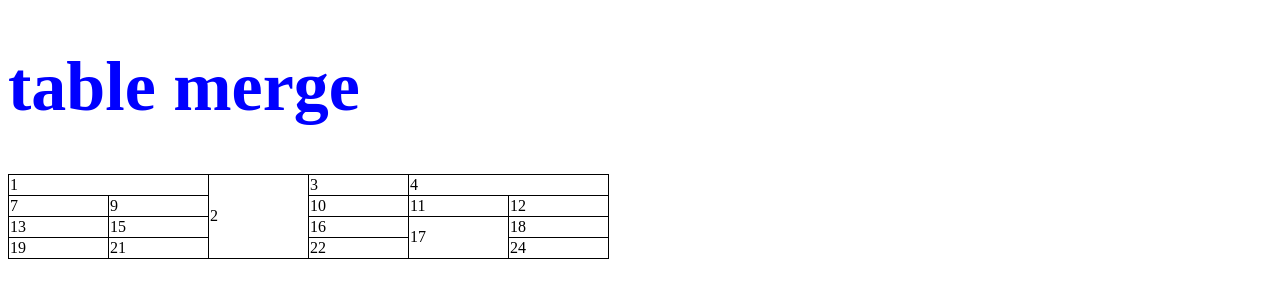
Repository: keeka2/webPractice
Page: MyStudy/HTML_Study/work/0821/WebContent/ex6.html
These files come from the project's save history. The page is drawn as it stood at one moment and after the next save; the edit follows.
The browser window is 1280 px wide. The pictures show the whole page.

Above is the page before, as saved 2020-08-21 07:10:27.

After the next save:
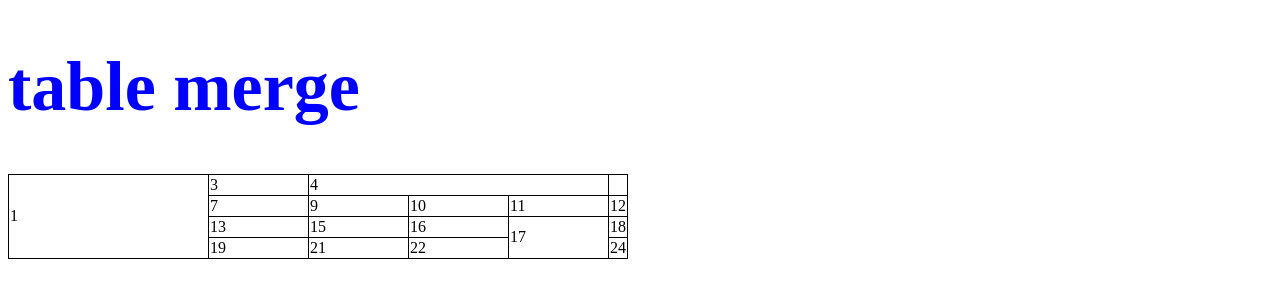
Saved 16 s later.
--- a/MyStudy/HTML_Study/work/0821/WebContent/ex6.html
+++ b/MyStudy/HTML_Study/work/0821/WebContent/ex6.html
@@ -36,8 +36,8 @@
 		</colgroup>
 		<tbody>
 			<tr>
-				<td colspan=2>1</td>
-				<td rowspan=4>2</td>
+				<td colspan=2 rowspan=4>1</td>
+
 				<td>3</td>
 				<td colspan=3>4</td>
 			</tr>
